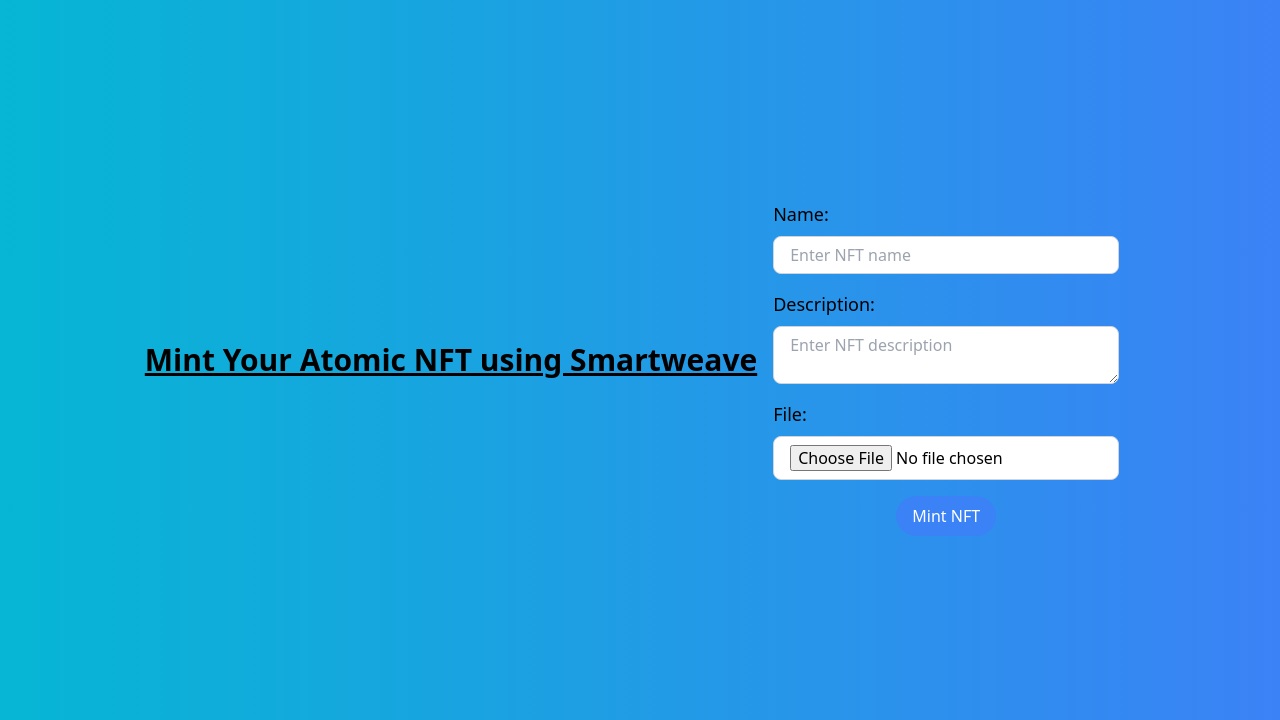
Repository: pawelpiwowarski/arweave-nft
Page: /
An editor plug-in stored every save of this project. The page is shown before and after the next save, followed by the edit.
The browser window is 1280 px wide. The pictures show the whole page.
The project was rebuilt for these pictures with package versions that can differ from the ones it lists, and the page was loaded fresh each time. The framework's server and built-in components were replaced by stand-ins that run in the browser.

Above is the page before, as saved 2023-01-30 22:08:02.

After the next save:
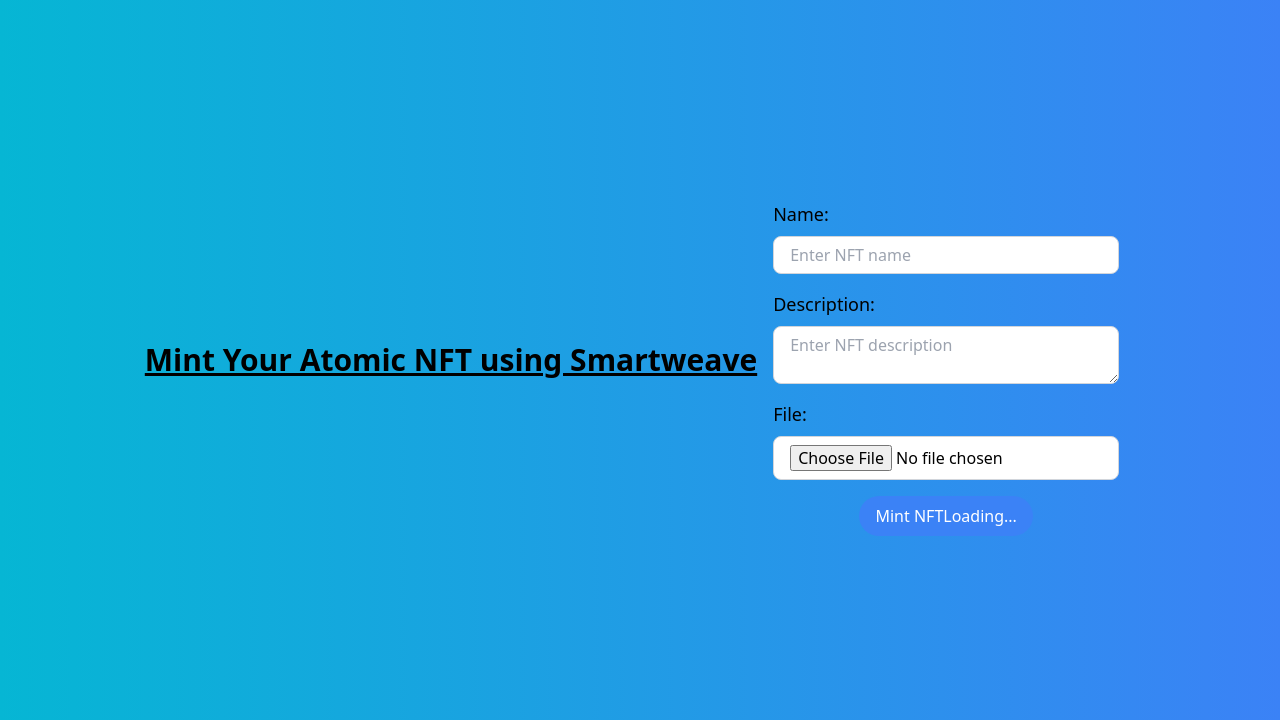
Saved 39 s later.
--- a/pages/index.tsx
+++ b/pages/index.tsx
@@ -89,6 +89,11 @@
       }`} onClick={handleSubmision}>
 
       Mint NFT
+      {loading ? (
+        <span className="spinner spinner-border spinner-border-sm text-white" role="status" aria-hidden="true"></span>
+      ) : (
+        'Loading...'
+      )}
     </button>
 
   </div>
